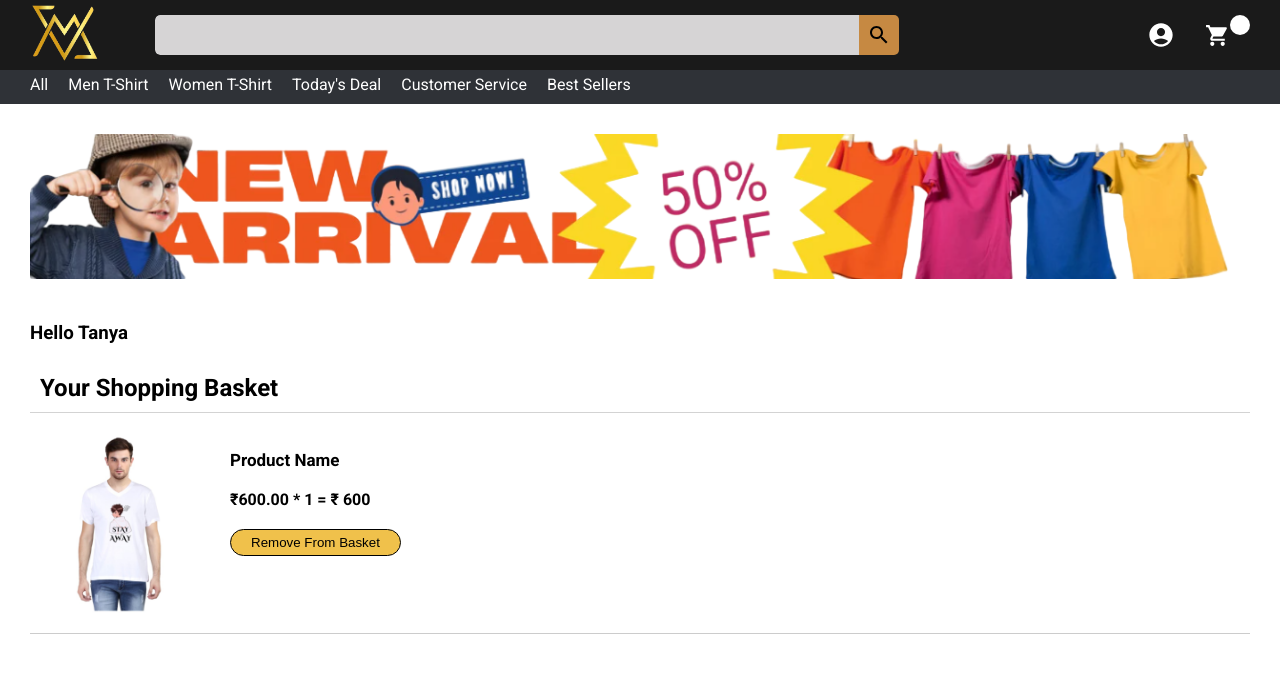
Repository: RiwanshiSoni/MatraVastra
Page: /cart
These files come from the project's save history. The page is drawn as it stood at one moment and after the next save; the edit follows.
The browser window is 1280 px wide. The pictures show the whole page.
The page's requests for data from a server got no answer. The project was rebuilt for these pictures with package versions that can differ from the ones it lists, and the page was loaded fresh each time. No one was signed in, and anything a server would have sent is missing. Also part of the build but not shown: vite.config.js, src/Product.jsx, src/Login.jsx, src/Slider.jsx, src/SignUp.jsx, src/css/banner.css, src/Banner.jsx.

Above is the page before, as saved 2024-08-29 19:38:48.

### index.html
<!doctype html>
<html lang="en">
  <head>
    <meta charset="UTF-8" />
    <link rel="icon" type="image" href="./logo004.jpg" />
    <meta name="viewport" content="width=device-width, initial-scale=1.0" />
    <meta name="theme-color" content="#000000"/>
    <meta name="description" content="Web site created using create-react-app"  />

    <title>MatraVastra</title>
  </head>
  <body>
    <div id="root"></div>
    <script type="module" src="/src/main.jsx"></script>
  </body>
</html>

### src/main.jsx
import { StrictMode } from 'react'
import { createRoot } from 'react-dom/client'
import App from './App.jsx'
import './index.css'

createRoot(document.getElementById('root')).render(
  <StrictMode>
    <App />

  </StrictMode>
)

### src/App.jsx
import { BrowserRouter as Router, Routes, Route } from 'react-router-dom';
import Header from "./Header";
import Product from "./Product";
import ShoppingCart from './ShoppingCart';
import SignUp from './SignUp';
import Login from './Login'
import Banner from "./Banner";
import './App.css';
import commerce from './lib/commerce';
import { useEffect, useState } from 'react';
import { Switch } from '@mui/material';


function App() {
  const [productsList, setProductsList] = useState([]);
  const [cart, setCart] = useState(1);


const fetchProducts = async()=>{
  const response = await commerce.products.list()
  setProductsList(response.data)
}
const fetchCart = async()=>{
setCart(await commerce.cart.retrieve())
}


const addToCart = async(productId,  quantity)=>{
  console.log('addTocart Started ')
  const response = await commerce.cart.add(productId, quantity)
  console.log(response);
  // console.log(response.cart);
  setCart(cart+1)
}


useEffect(() => {
  fetchProducts();
  fetchCart();
  // Fetch the cart initially
}, []);

  return (
    <Router>
      <div className='App'>
        <Header cart={cart} />

        <Routes>
          <Route
            exact
            path="/"
            element={
              <>
                <div className='banner'>
                  <Banner />
                </div>
                <Product productsList = {productsList}  addToCart = {addToCart}
                />

              </>
            }
          />
          <Route
            exact
            path='/cart'
            element={<ShoppingCart   cart={cart}  />}
          />
          <Route
            exact
            path='/signup'
            element={<SignUp />}
          />
          {/* <Route
            exact
            path='/login'
            element={<Login />}
          /> */}
        </Routes>
      </div>
    </Router>
  );
}

export default App;

### src/index.css

body{
    margin: 0;
}

/* code{
    font-family: source-code-pro, Menlo, Manaco, Consolas, 'Courier New', monospace;
} */


/* .banner img{
    width: 100%;
} */

### src/Header.jsx
import React from 'react';
import { Link } from 'react-router-dom';
import "./css/Header.css";
import Logo from './logo04.jpg'; // Correct file path
import SearchIcon from '@mui/icons-material/Search';
import ShoppingCartIcon from '@mui/icons-material/ShoppingCart';
import AccountCircleIcon from '@mui/icons-material/AccountCircle';

function Header({cart}) {
  return (
    <>
    <div className="header">
      <div className="header_top">
      <Link to="/">
        <img src={Logo} alt="Logo" className='header__logo' />
      </Link>
      <div className='header__search'>
        <input type="search" name="search" id="searchBar" />
        <SearchIcon className='searchIcon' />
      </div>
      <div className='header__nav'>

        <div className='signup'>
          <Link to="/signup">
            <AccountCircleIcon style={{ fontSize: 28 }} className='signup' />
          </Link>
        </div>
        <div className='header__optionBasket'>
          <Link to="/cart">
            <ShoppingCartIcon style={{ fontSize: 25 }} className='cart' />
            <span>

             {cart.total_items}

            </span>
          </Link>

        </div>

      </div>
      </div>

      <div className='header__bottom'>
        <ul>
          <li>All</li>
          <li>Men T-Shirt</li>
          <li>Women T-Shirt</li>
          <li>Today's Deal</li>
          <li>Customer Service</li>
          <li>Best Sellers</li>
        </ul>
      </div>
    </div>
    </>
  );
}

export default Header;

### src/ShoppingCart.jsx
import React from "react";
import Leaderboard from "./leaderboard00.png";
import CheckoutProductImg from "./p2.png";
import "./css/shopping.css";

function ShoppingCart({ cart }) {
  console.log(cart);
  return (
    <div className="checkout">
      <div className="checkout_left">
        <img src={Leaderboard} className="checkout_ad" alt="Leaderboard Ad" />
        <div>
          <h3 className="h3">Hello Tanya</h3>
          <h2 className="checkout_title">Your Shopping Basket</h2>

          {cart?.line_items?.map((item) => {
            // console.log(cart); // Check the structure of cart before rendering

            return (
              <div className="checkoutProduct" key={item.id}>
                <img
                  src={item.image.source}
                  className="checkoutProduct_img"
                  alt="Product"
                />
                <div className="checkoutProduct_info">
                  <p className="checkoutProduct_title">{item.name}</p>
                  <p className="checkoutProduct_price">
                    <strong>
                      {item.price.formatted_with_symbol} * {item.quantity} = ₹{" "}
                      {(item.price.raw * item.quantity).toFixed(2)}
                    </strong>
                  </p>
                  <button>Remove From Basket</button>
                </div>
              </div>
            );
          })}

          <div className="checkoutProduct">
            <img src={CheckoutProductImg} className="checkoutProduct_img" alt="Product" />
            <div className="checkoutProduct_info">
              <p className='checkoutProduct_title'>Product Name</p>
              <p className='checkoutProduct_price'>
                <strong>₹600.00 * 1 = ₹ 600</strong>
              </p>
              <button>Remove From Basket</button>
            </div>
          </div>
        </div>
      </div>

    </div>
  );
}

export default ShoppingCart;

// ***************************************************************

// import React from 'react';
// import Leaderboard from "./leaderboard00.png";
// import './css/shopping.css';

// function ShoppingCart({cart}) {

//   // Calculate subtotal
//   const calculateSubtotal = () => {
//     return cart?.line_items?.reduce((acc, item) => acc + item.price.raw * item.quantity, 0).toFixed(2);
//   };

//   return (
//     <div className='checkout'>
//       <div className="checkout_left">
//         <img src={Leaderboard} className='checkout_ad' alt="Leaderboard Ad" />
//         <div>
//           <h3 className='h3'>Hello Tanya</h3>
//           <h2 className='checkout_title'>Your Shopping Basket</h2>

//           {/* Rendering the list of products in the cart */}
//           {cart?.line_items?.map(item => (
//             <div className="checkoutProduct" key={item.id}>
//               <img src={item.media.source} className="checkoutProduct_img" alt="Product" />
//               <div className="checkoutProduct_info">
//                 <p className='checkoutProduct_title'>{item.name}</p>
//                 <p className='checkoutProduct_price'>
//                   <strong>{item.price.formatted_with_symbol} x {item.quantity} = ₹{(item.price.raw * item.quantity).toFixed(2)}</strong>
//                 </p>
//                 <button>Remove From Basket</button>
//               </div>
//             </div>
//           ))}
//         </div>
//       </div>
//       <div className="checkout_right">
//         <div className="subtotal">
//           <p className='p'>
//             Subtotal ({cart?.total_items || 0} items):
//             <strong> ₹{calculateSubtotal()}</strong>
//           </p>
//           <small className="subtotal_gift">
//             <input type="checkbox" /> This order contains a gift
//           </small>
//           <div className="subtotalButton">
//             <button className='proceedToCheckOutButton'>Proceed to Checkout</button>
//           </div>
//         </div>
//       </div>
//     </div>
//   );
// }

// export default ShoppingCart;

// ***********************************************************************

// import React from 'react';
// import Leaderboard from "./leaderboard00.png";
// import './css/shopping.css';

// function ShoppingCart({ cart }) {

//   // Calculate subtotal
//   const calculateSubtotal = () => {
//     return cart?.line_items?.reduce((acc, item) => acc + item.price.raw * item.quantity, 0).toFixed(2);
//   };

//   return (
//     <div className='checkout'>
//       <div className="checkout_left">
//         <img src={Leaderboard} className='checkout_ad' alt="Leaderboard Ad" />
//         <div>
//           <h3 className='h3'>Hello Tanya</h3>
//           <h2 className='checkout_title'>Your Shopping Basket</h2>

//           {/* Rendering the list of products in the cart */}
//           {cart?.line_items?.map(item => (
//             <div className="checkoutProduct" key={item.id}>
//               <img src={item.media.source} className="checkoutProduct_img" alt="Product" />
//               <div className="checkoutProduct_info">
//                 <p className='checkoutProduct_title'>{item.name}</p>
//                 <p className='checkoutProduct_price'>
//                   <strong>{item.price.formatted_with_symbol} x {item.quantity} = ₹{(item.price.raw * item.quantity).toFixed(2)}</strong>
//                 </p>
//                 <button>Remove From Basket</button>
//               </div>
//             </div>
//           ))}

//         </div>
//       </div>
//       <div className="checkout_right">
//         <div className="subtotal">
//           <p className='p'>
//             Subtotal ({cart?.total_items || 0} items):
//             <strong> ₹{calculateSubtotal()}</strong>
//           </p>
//           <small className="subtotal_gift">
//             <input type="checkbox" /> This order contains a gift
//           </small>
//           <div className="subtotalButton">
//             <button className='proceedToCheckOutButton'>Proceed to Checkout</button>
//           </div>
//         </div>
//       </div>
//     </div>
//   );
// }

// export default ShoppingCart;

### src/App.css
/* *{
  margin: 0;
} */

/* #root {
  max-width: 1280px;
  margin: 0 auto;
  padding: 2rem;
  text-align: center;
} */






/*
.card {
  padding: 2em;
}

.read-the-docs {
  color: #888;
} */


/* App.css */
/* @import "~slick-carousel/slick/slick.css";
@import "~slick-carousel/slick/slick-theme.css"; */


/* In App.css */
@import url('https://fonts.googleapis.com/css2?family=Roboto:wght@400;700&display=swap');

body {
  font-family: 'Roboto', sans-serif;
}

### src/lib/commerce.jsx
import Commerce from "@chec/commerce.js"


const commerce = new Commerce('pk_test_5811890a63baaaa675b19c7f71a919f5edfd2c42fc45a')

export default commerce

### src/css/header.css

.header__logo{
    width: 90px;
    margin-right: 45px;

}
/* .header{
    height: 70px;
    display: flex;
    align-items: center;
    background-color: #1a1a1a;
    position: sticky;
    top: 0;
    z-index: 100;
    padding: 0px 20px ;
} */
.header_top{
    height: 70px;
    display: flex;
    align-items: center;
    background-color: #1a1a1a;
    position: sticky;
    top: 0;
    z-index: 100;
    padding: 0px 20px ;
}

.header__bottom{
    background-color: #2f3237;

}
.header__bottom ul{
    list-style: none;
    padding: 5px 30px 10px 30px;
    margin: 0;
    display: flex;
    align-items: center;
}

.header__bottom ul li{
    margin-right: 20px;
    color: white;
}

.header__search{
    display: flex;
   width: 60%;
    align-items: center;
    border-radius: 5px;
    overflow: hidden;

}
.header__search input{
flex: 1;
height: 35px;
padding: 20px;
border: 0;
outline: 0;
border-radius: 5px 0 0 5px ;
background-color: #d6d4d5;
}

.searchIcon{
    padding: 8px;
    height: 18px;
    background-color: #c68942;
}

.header__nav{
    display: flex;
    align-items: center;
    justify-content: space-between;
    margin-left: auto;
}
/* .header_option1{
font-size: 10px;
color: white;
}
.header_option2{
    display: block;
    color: white;
    font-size: 13px;
    font-weight: 800;
} */

.signup{
display: flex;
margin-left: 10px;
margin-right: 10px;
font-size: 40px;
color: white;

}

.header__optionBasket{
display: flex;
color: white;
margin-left: 10px;
margin-right: 10px;
}


.header__optionBasket a{
color: #fff;
display: flex;
align-items: center;
text-decoration: none;
}
.header__optionBasket a span{
    margin-top: -20px;
    width: 20px;
    height: 20px;
    display: inline-block;
    color: #000;
    border-radius: 50%;
    background-color: #fff;
    text-align: center;
    font-size: 14px;
    font-weight: bold;
}


.header__bottom ul li img{
    width: 250px;
}

.cart{
    color: white;
}

### src/css/product.css
.products_wrap{
    display: grid;
    place-items: center;
    grid-template-columns: auto auto auto auto;
    margin-top: 100px;

}
.products_wrap .product{
    background-color: #fffcfc;
    padding: 10px;
    margin: 0px 5%;
    width: 70%;
    z-index: 1;
text-align: center;
box-shadow: 0px 0px 15px rgba(0, 0, 0, 0.635);
margin-bottom: 30px;
border-radius: 5px;
}

.products_wrap .product img{
max-width: 100%;
height: 300px;
width: 100%;
border-radius: 5px;
object-fit: cover;
object-position: top;
}

.products_wrap .product p{
    color: #cd9042;
    margin: 0px;
    margin-bottom: 10px;
}

.products_wrap .product button{
    background: #cd9042;
    border: 0px;
    outline: 0px;
    cursor: pointer;
    padding: 10px 20px ;
    border-radius: 20px;
    font-weight: bold;
    color: white;
}

body{
    background-color: #ffffff;
}

### src/css/shopping.css

.checkout{
    display: flex;
    padding: 30px;
    /* padding-right: 0px; */

}

.checkout_ad{
width: 100%;
margin-bottom: 20px;


}

.checkout_title{
    padding: 10px;
    border-bottom: 1px solid lightgray;

}

.checkoutProduct{
    display: flex;
    margin-top: 20px;
    margin-bottom: 20px;
    border-bottom: 1px solid #ccc;
    padding-bottom: 20px;
}
.checkoutProduct img{
    width: 180px;
    height: 180px;
    object-fit: contain;
}
.checkoutProduct_info{
    padding-left: 20px;
}
.checkoutProduct_title{
    font-size: 17px;
    font-weight: 800;
}

.checkoutProduct_price{
    margin: 20px 0px ;
}
.checkoutProduct_info button{
    background-color: #f0c14b;
    border: 1px solid;
    padding: 5px 20px ;
    border-radius: 20px;
    cursor: pointer;
}

.checkout_right{
    display: flex;
    flex-direction: column;
    justify-content: space-between;
    width: 300px;
   height: 100px;
   padding: 20px 5px 50px 5px;


   /* margin-left: auto; */
   background-color: hsl(0, 0%, 96%);
   border: 1px solid#ddd;
   border-radius: 10px;
   position: sticky;
   align-items: center;

}

.checkout_right button{
    background-color: #f0c14b;
    border: 1px solid;
    padding: 7px 20px ;

    cursor: pointer;
}


.p{
    margin-bottom: 5px;
}

.subtotalButton{
    margin-top: 50px;
}
.proceedToCheckOutButton{

    width: 250px;

}

/*
.h3{
    margin-top: auto;
margin-bottom: auto;
}

h2{
    margin: auto;
} */

After the next save:
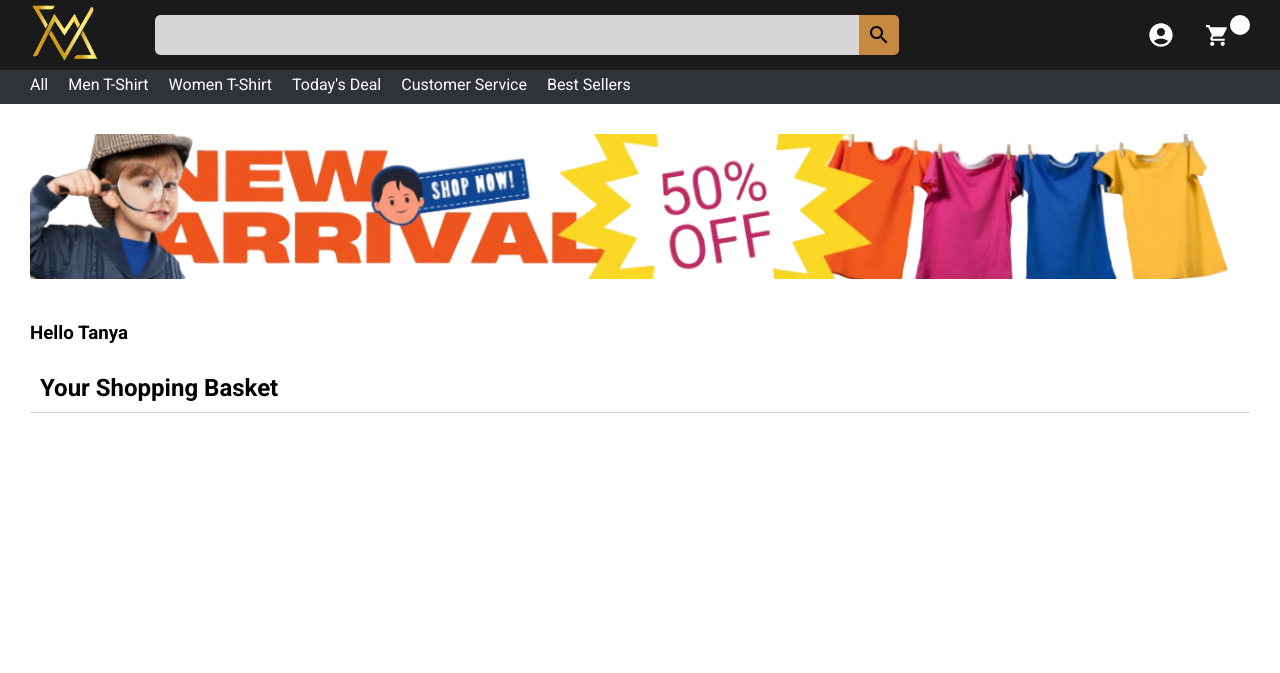
Saved 2 min 40 s later.
--- a/src/ShoppingCart.jsx
+++ b/src/ShoppingCart.jsx
@@ -37,7 +37,7 @@
             );
           })}
 
-          <div className="checkoutProduct">
+          {/* <div className="checkoutProduct">
             <img src={CheckoutProductImg} className="checkoutProduct_img" alt="Product" />
             <div className="checkoutProduct_info">
               <p className='checkoutProduct_title'>Product Name</p>
@@ -46,7 +46,7 @@
               </p>
               <button>Remove From Basket</button>
             </div>
-          </div>
+          </div> */}
         </div>
       </div>
 
